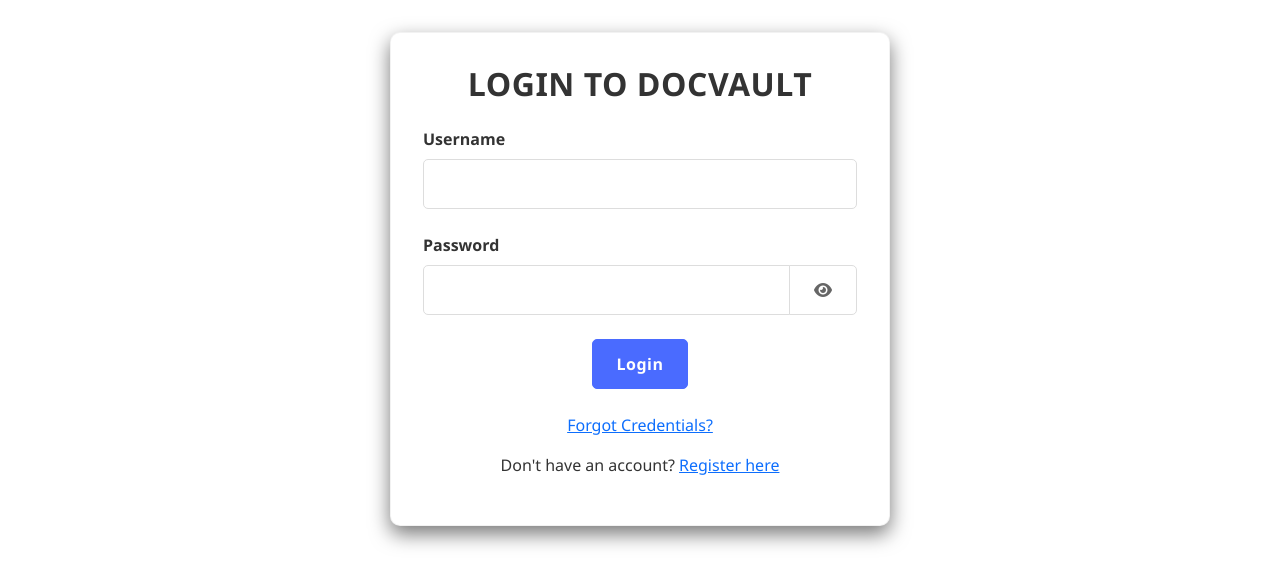
Repository: Satyaveni-Devisetti/DocVault
Page: login.html
An editor plug-in stored every save of this project. The page is shown before and after a run of saves, followed by the edit.
The browser window is 1280 px wide. The pictures show the whole page.

Above is the page before, as saved 2025-04-28 14:48:49.
Console error: ReferenceError: emailjs is not defined

After the next 2 saves:
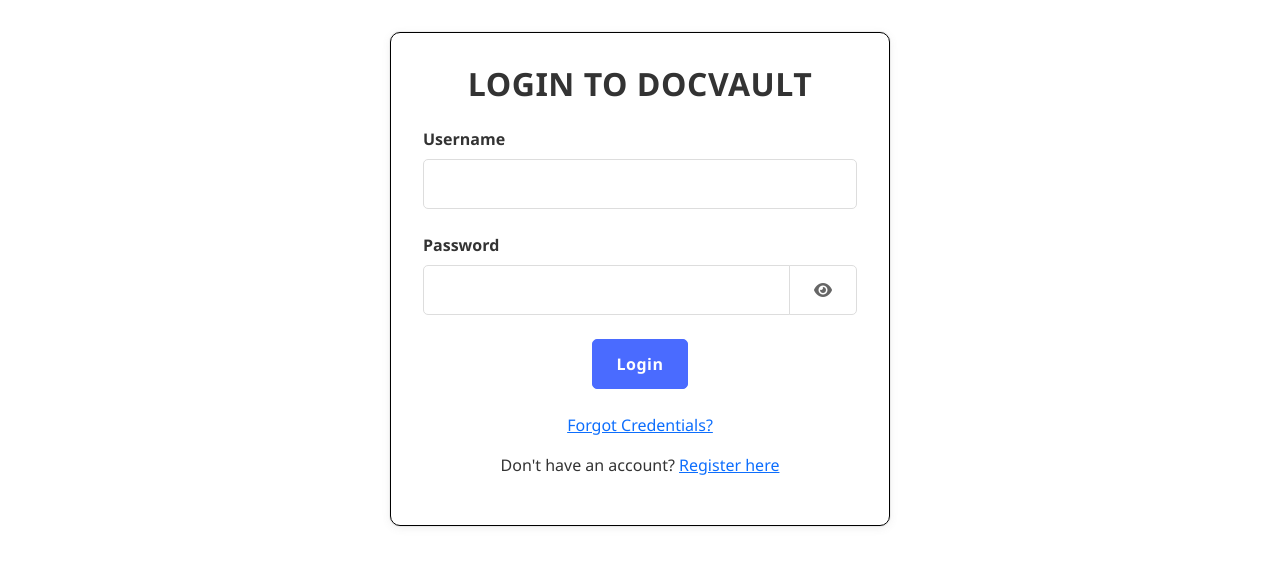
The 2 saves are shown as one change because they came seconds apart.
The last was saved 30 s later.
--- a/login.html
+++ b/login.html
@@ -12,7 +12,7 @@
     <div class="container" >
         <div class="row justify-content-center" >
             <div class="col-md-6">
-                <div class="form-container fade-in" style="box-shadow: 0 8px 20px rgba(0, 0, 0, 0.534);">
+                <div class="form-container fade-in" style="border: 1px solid #000;">
                     <h2 class="text-center mb-4">Login to DocVault</h2>
                     <div id="alert-container"></div>
                     <form id="login-form">
